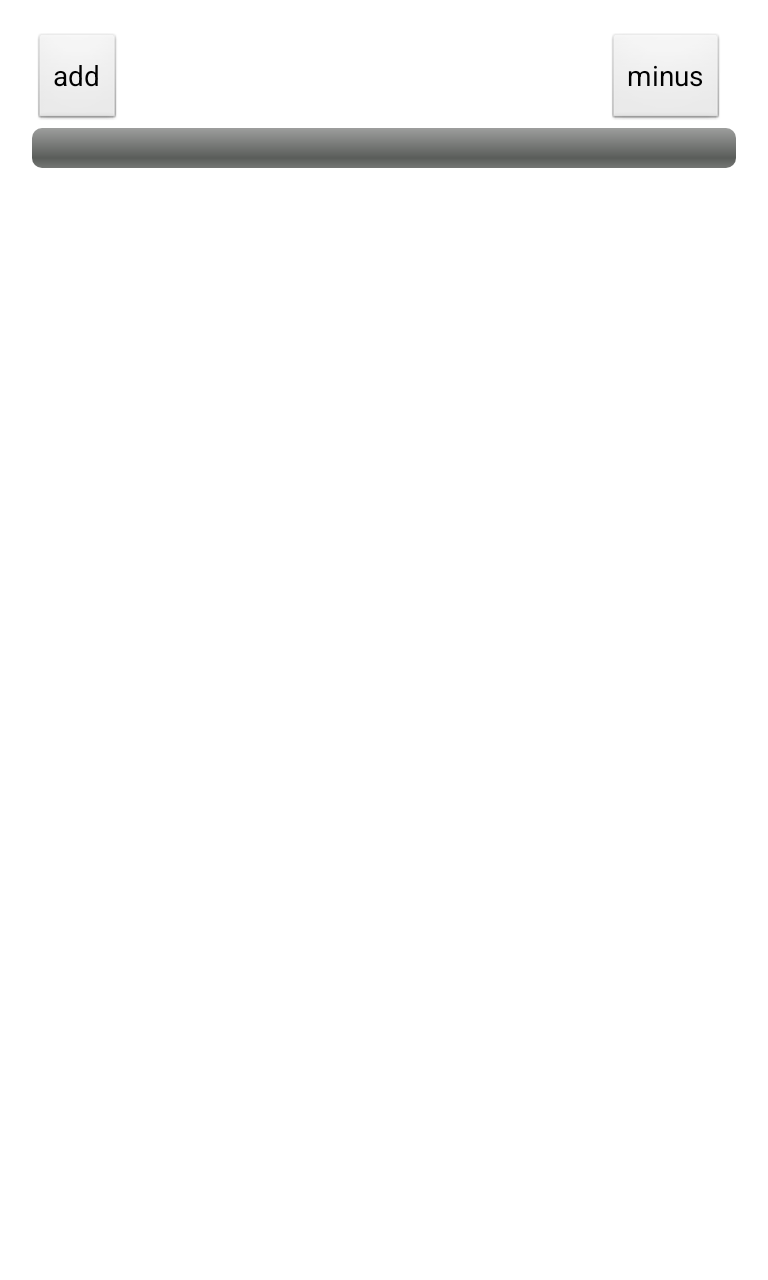
Repository: CrowleyLucky/AndroidLearningNotes
Layout: 16_MultiThreadDownloader/res/layout/activity_main.xml
These files come from the project's save history. The layout is drawn as it stood at one moment and after the next save; the edit follows.
It is drawn on a 768 x 1280 px phone screen (xhdpi) without system bars, with theme AppTheme; the app's code is not run.

Above is the layout before, as saved 2014-03-04 04:39:05.

### 16_MultiThreadDownloader/res/layout/activity_main.xml
<RelativeLayout xmlns:android="http://schemas.android.com/apk/res/android"
    xmlns:tools="http://schemas.android.com/tools"
    android:layout_width="match_parent"
    android:layout_height="match_parent"
    android:paddingBottom="@dimen/activity_vertical_margin"
    android:paddingLeft="@dimen/activity_horizontal_margin"
    android:paddingRight="@dimen/activity_horizontal_margin"
    android:paddingTop="@dimen/activity_vertical_margin"
    tools:context=".MainActivity" >

	<Button
	    android:layout_height="wrap_content"
	    android:layout_width="wrap_content"
	    android:layout_alignParentLeft="true"
	    android:text="@string/progress_add"
	    android:layout_paddingLeft="5dp"
	    android:id="@+id/button_add"/>
	<Button
	    android:layout_height="wrap_content"
	    android:layout_width="wrap_content"
	    android:layout_alignParentRight="true"
	    android:layout_marginRight="5dp"
	    android:text="@string/progress_minus"
	    android:id="@+id/button_minus"/>

    <ProgressBar
        style="?android:attr/progressBarStyleHorizontal"
        android:layout_width="match_parent"
        android:layout_height="wrap_content"
        android:layout_below="@id/button_add"
        android:layout_alignLeft="@id/button_add"/>

</RelativeLayout>

### 16_MultiThreadDownloader/res/values/strings.xml
<?xml version="1.0" encoding="utf-8"?>
<resources>

    <string name="app_name">ProgressBar</string>
    <string name="action_settings">Settings</string>
    <string name="progress_add">add</string>
    <string name="progress_minus">minus</string>

</resources>

Loaded but not shown: 16_MultiThreadDownloader/res/values/styles.xml (common file); 16_MultiThreadDownloader/res/values/dimens.xml (common file)

After the next save:
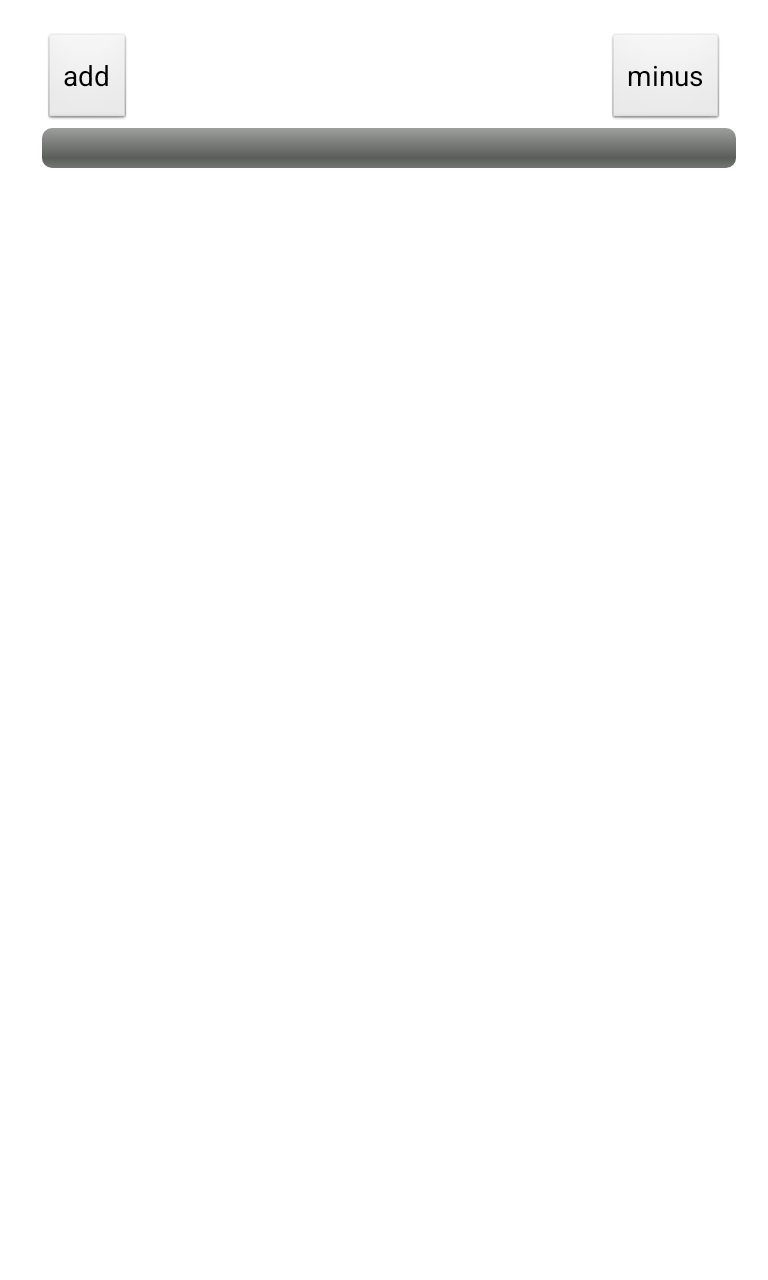
Saved 106 s later.
--- a/16_MultiThreadDownloader/res/layout/activity_main.xml
+++ b/16_MultiThreadDownloader/res/layout/activity_main.xml
@@ -13,7 +13,7 @@
 	    android:layout_width="wrap_content"
 	    android:layout_alignParentLeft="true"
 	    android:text="@string/progress_add"
-	    android:layout_paddingLeft="5dp"
+	    android:layout_marginLeft="5dp"
 	    android:id="@+id/button_add"/>
 	<Button
 	    android:layout_height="wrap_content"
